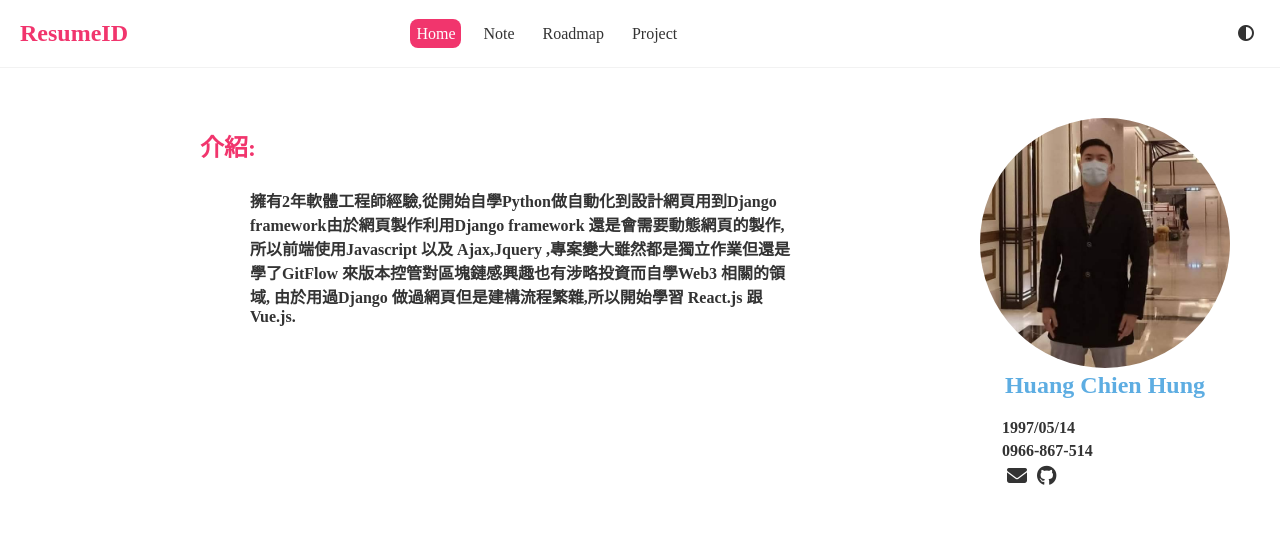
Repository: leo-play-code/ResumeID
Page: /
An editor plug-in stored every save of this project. The page is shown before and after a run of saves, followed by the edit.
The browser window is 1280 px wide. The pictures show the whole page.
Some web libraries are served in a nearby version. The project was rebuilt for these pictures with package versions that can differ from the ones it lists, and the page was loaded fresh each time. Also part of the build but not shown: src/Note/Note.js, src/Roadmap/Roadmap.js, src/Project/Project.js.

Above is the page before, as saved 2022-10-18 15:19:08.

After the next 2 saves:
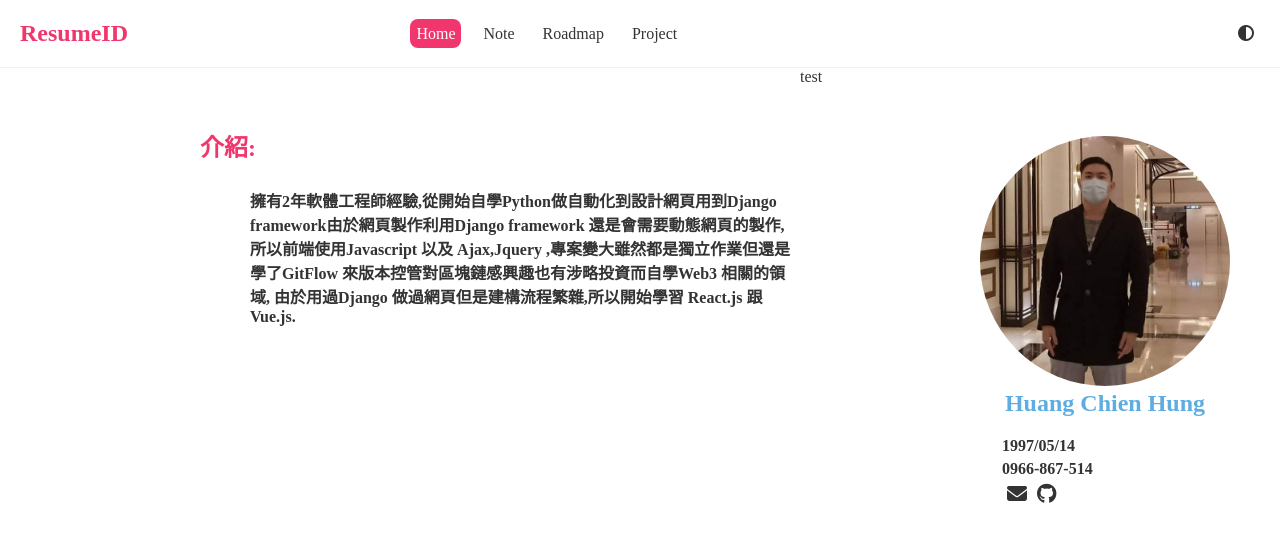
The 2 saves are shown as one change because they came seconds apart.
The last was saved 5 s later.
--- a/src/Home/Home.js
+++ b/src/Home/Home.js
@@ -13,8 +13,8 @@
                         <b>由於網⾴製作利⽤Django framework 還是會需要動態網⾴的製作,所以前端使⽤Javascript 以及 Ajax,Jquery ,專案變⼤雖然都是獨立作業但還是學了GitFlow 來版本控管</b>
                         <b>對區塊鏈感興趣也有涉略投資⽽⾃學Web3 相關的領域, 由於⽤過Django 做過網⾴但是建構流程繁雜,所以開始學習 React.js 跟 Vue.js.</b>
                     </div>
-
                 </div>
+                <Skill />
                 <div className='information'>
                     <div className="picture">
                         <img src={pic} alt="" />

After the save that followed:
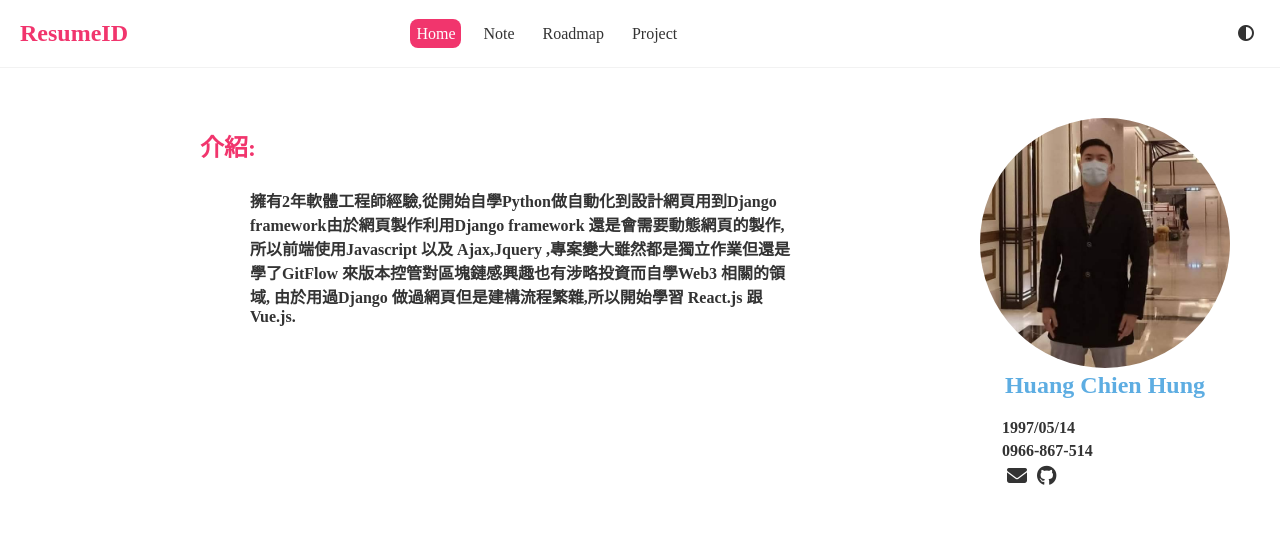
Saved 6 s later.
--- a/src/Home/Home.js
+++ b/src/Home/Home.js
@@ -14,7 +14,6 @@
                         <b>對區塊鏈感興趣也有涉略投資⽽⾃學Web3 相關的領域, 由於⽤過Django 做過網⾴但是建構流程繁雜,所以開始學習 React.js 跟 Vue.js.</b>
                     </div>
                 </div>
-                <Skill />
                 <div className='information'>
                     <div className="picture">
                         <img src={pic} alt="" />
